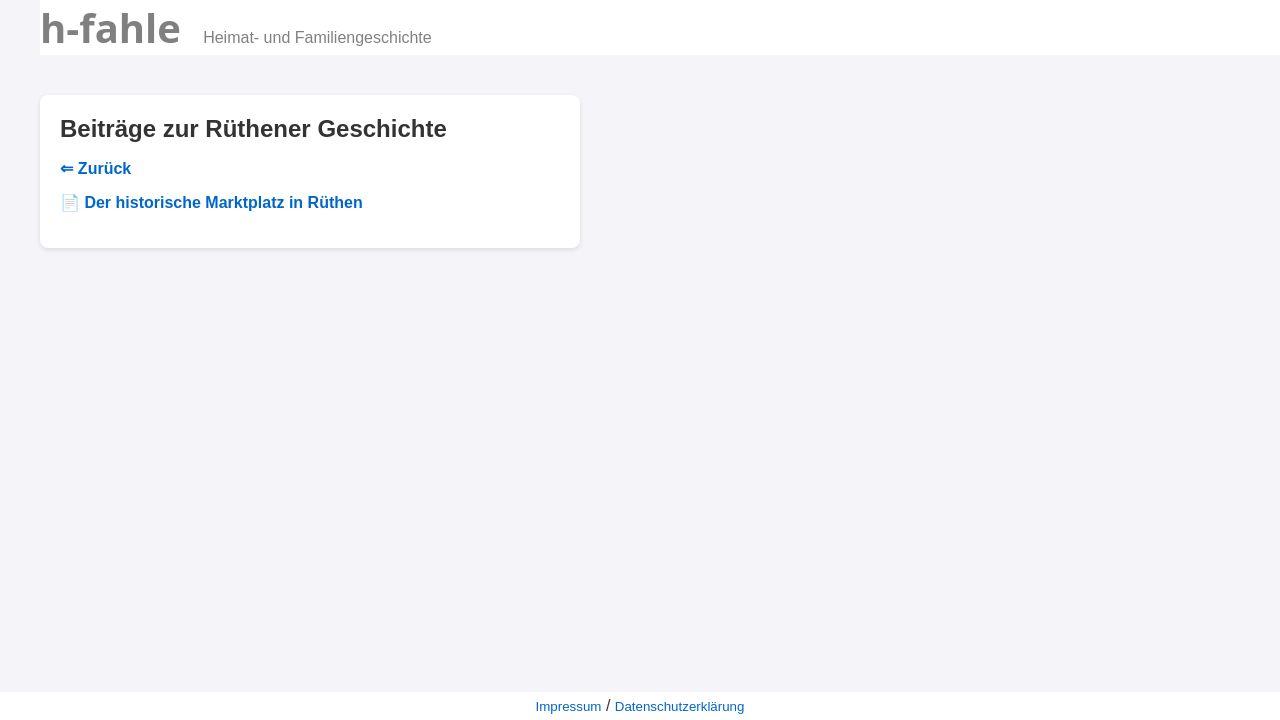
Repository: h-fahle/h-fahle.github.io
Page: geschichte/index.html
The author's editor kept a copy of each file at every save. The page is drawn from the files as they stood at one save, then again after the next save.
The browser window is 1280 px wide. The pictures show the whole page.
Some web fonts or font styles are not loaded; a fallback is used.

Above is the page before, as saved 2026-05-24 16:44:00.

### geschichte/index.html
<!DOCTYPE html>
<html lang="de">
<head>
    <meta charset="UTF-8">
    <meta name="viewport" content="width=device-width, initial-scale=1.0">
    <title>Dokumentenübersicht</title>
   <style>
        @import url('https://fonts.googleapis.com/css2?family=Moirai+One&display=swap');
    </style>
    <style>
        body {
            margin: 0;
            font-family: Arial, sans-serif;
            display: flex;
            flex-direction: column;
            min-height: 100vh;
            background-color: #f4f4f9;
            color: #333;
        }
        header {
            background-color: #fff;
            margin-left: 40px;
            color: gray;
        }
        span.moirai-one-regular {
            font-family: "Moirai One", system-ui;
            font-size: 40px;
            font-weight: bold;
        }
        footer {
            margin-top: auto; /* Drückt den Footer an den unteren Rand */
            padding: 5px;
            background-color: #fff;
            text-align: center;
        }
        footer a {
            font-size:smaller;
            font-weight:100;
        }
        .container {
            background: #fff;
            margin: 40px;
            padding: 20px;
            border-radius: 8px;
            max-width: 500px;
            box-shadow: 0 2px 5px rgba(0,0,0,0.1);
        }
        h1 {
            font-size: 1.5em;
            margin-top: 0;
        }
        ul {
            list-style-type: none;
            padding: 0;
        }
        li {
            margin: 15px 0;
        }
        a {
            text-decoration: none;
            color: #0066cc;
            font-weight: bold;
        }
        a:hover {
            text-decoration: underline;
        }
    </style>
</head>
<body>

    <header>
        <span class="moirai-one-regular">h-fahle</span>
        &nbsp;&nbsp;&nbsp;
        <span>Heimat- und Familiengeschichte</span>
    </header>

    <div class="container">
        <h1>Beiträge zur Rüthener Geschichte</h1>
        <ul>
            <li><a href="javascript:history.back()">⇐ Zurück</a></li>
            <li><a href="historischer_marktplatz_rüthen.pdf">📄 Der historische Marktplatz in Rüthen</a></li>
        </ul>
    </div>

    <footer>
        <a href="impressum.html">Impressum</a> / <a href="Datenschutz.html">Datenschutzerklärung</a>
    </footer>

</body>
</html>

After the next save:
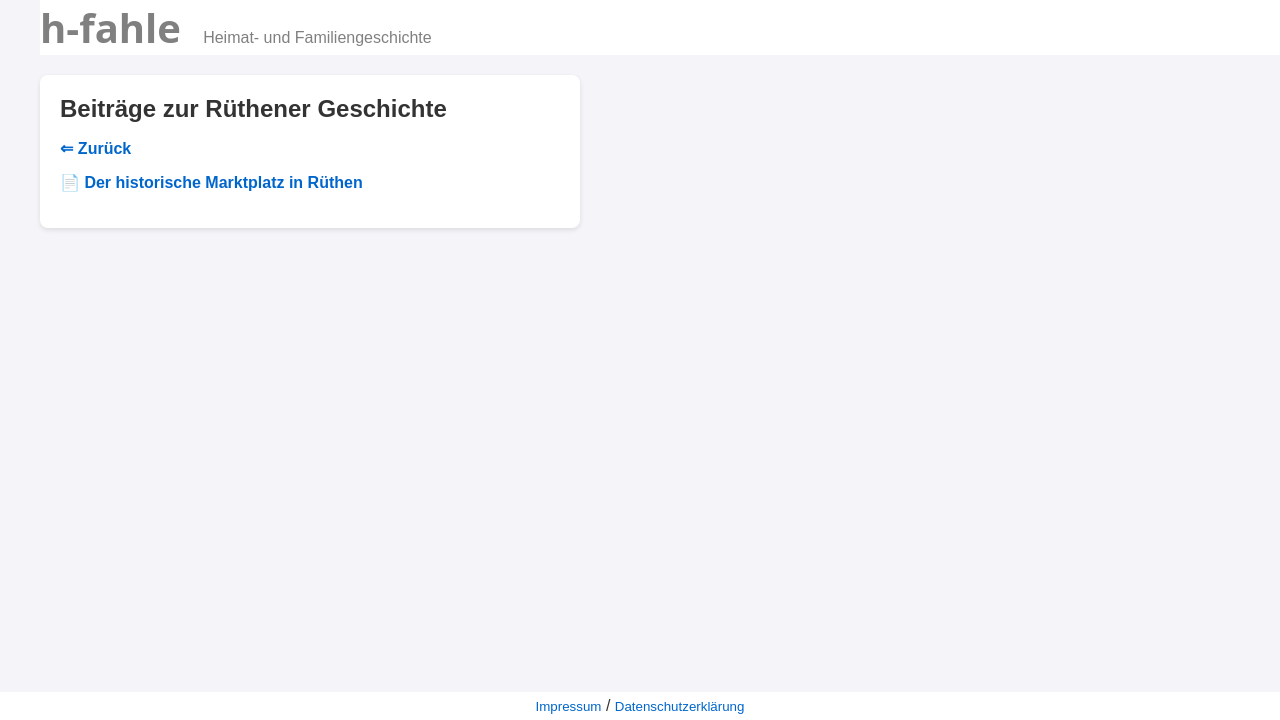
Saved 49 s later.
--- a/geschichte/index.html
+++ b/geschichte/index.html
@@ -39,7 +39,7 @@
         }
         .container {
             background: #fff;
-            margin: 40px;
+            margin: 20px 40px;
             padding: 20px;
             border-radius: 8px;
             max-width: 500px;
